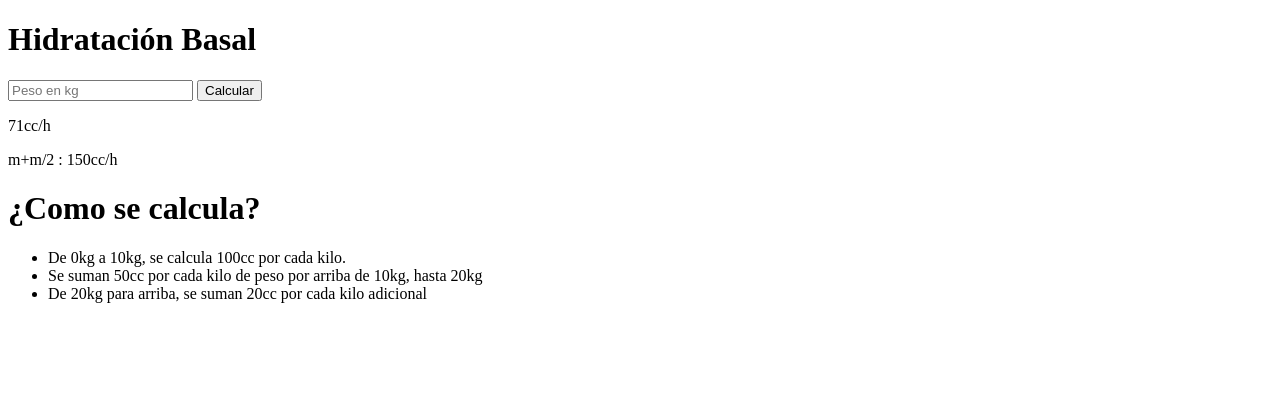
Repository: Fredy452/calculadora_basal
Page: index.html
The author's editor kept a copy of each file at every save. The page is drawn from the files as they stood at one save, then again after the next save.
The browser window is 1280 px wide. The pictures show the whole page.

Above is the page before, as saved 2023-04-20 07:40:15.

After the next save:
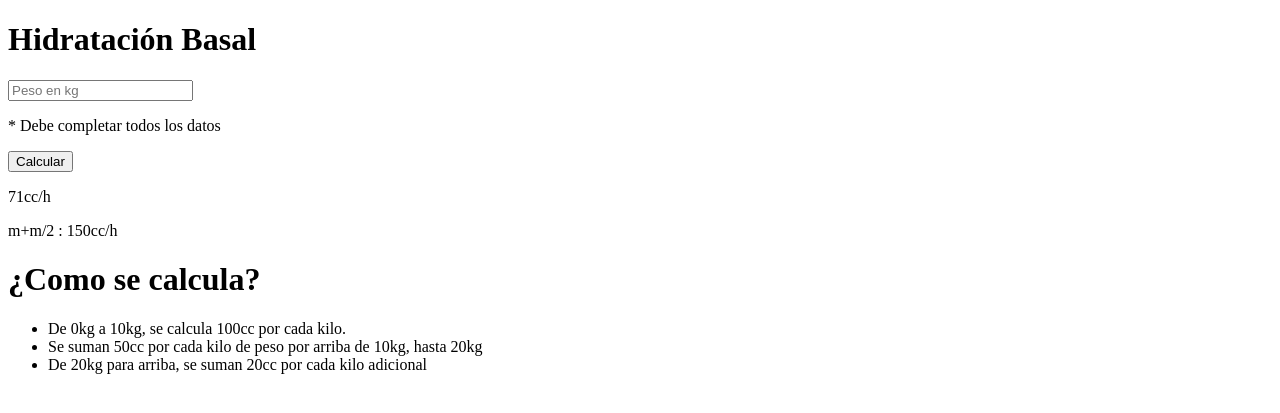
Saved 91 s later.
--- a/index.html
+++ b/index.html
@@ -10,6 +10,7 @@
     <div>
         <h1>Hidratación Basal</h1>
         <input type="number" name="peso" id="peso" placeholder="Peso en kg">
+        <p>* Debe completar todos los datos</p>
         <button>Calcular</button>
         <p>71cc/h</p>
         <p>m+m/2 : 150cc/h</p>
